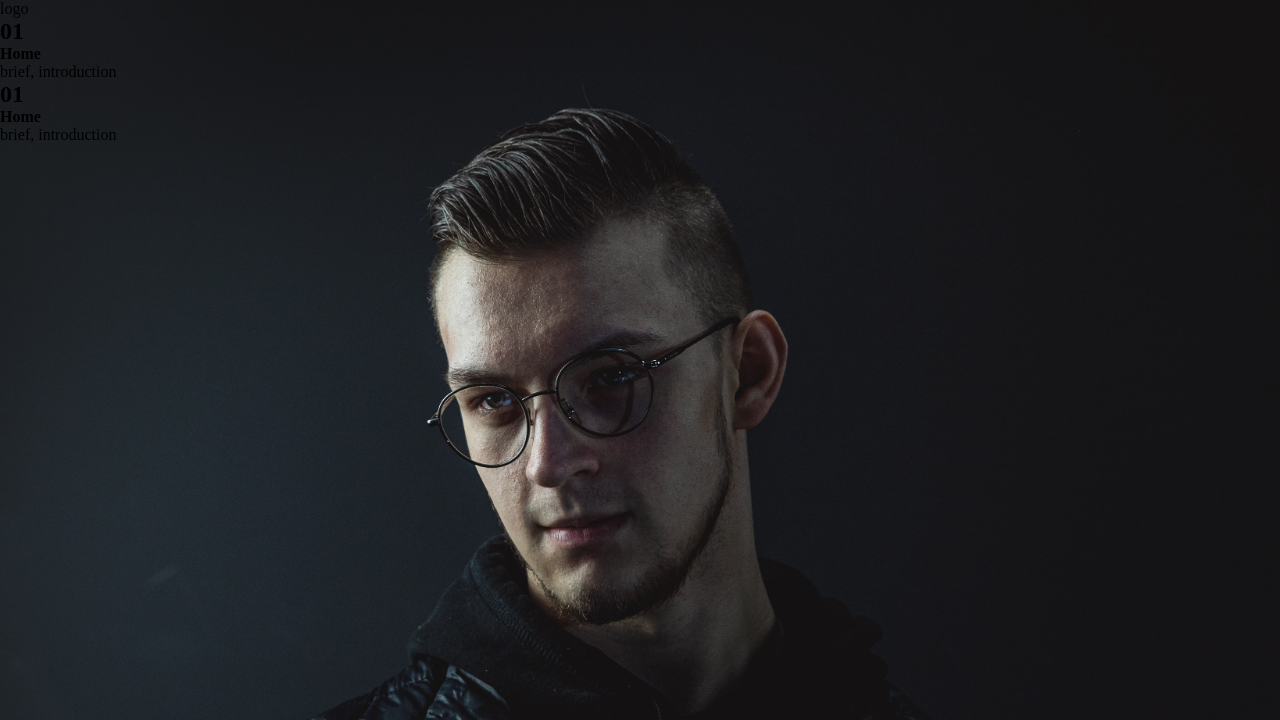
Repository: linco6054/simple-html
Page: index.html
These files come from the project's save history. The page is drawn as it stood at one moment and after the next save; the edit follows.
The browser window is 1280 px wide. The pictures show the whole page.

Above is the page before, as saved 2021-08-16 15:34:44.

After the next save:
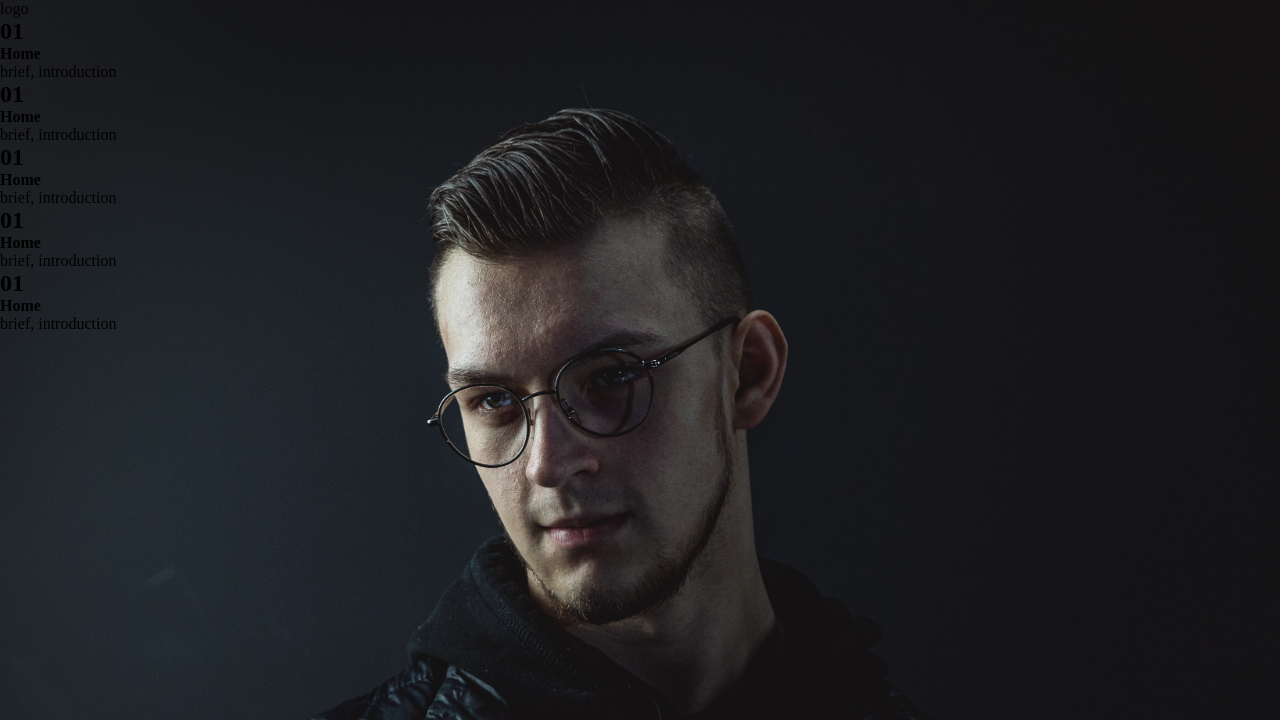
Saved 5 s later.
--- a/index.html
+++ b/index.html
@@ -17,7 +17,22 @@
             <h4>Home</h4>
             <p>brief, introduction</p>
           </li>
-            <li>
+          <li>
+            <h2>01</h2>
+            <h4>Home</h4>
+            <p>brief, introduction</p>
+          </li>
+          <li>
+            <h2>01</h2>
+            <h4>Home</h4>
+            <p>brief, introduction</p>
+          </li>
+          <li>
+            <h2>01</h2>
+            <h4>Home</h4>
+            <p>brief, introduction</p>
+          </li>
+          <li>
             <h2>01</h2>
             <h4>Home</h4>
             <p>brief, introduction</p>
